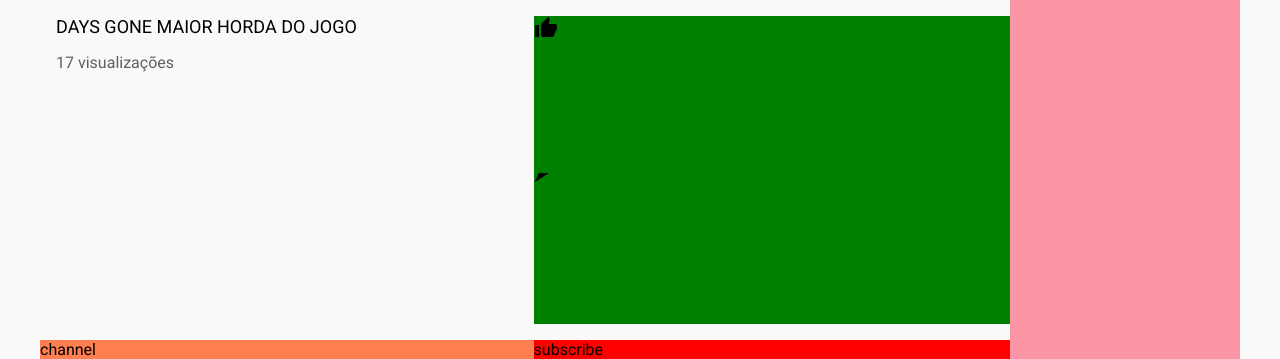
Repository: rafavirginio/clone-do-youtube
Page: index.html
An editor plug-in stored every save of this project. The page is shown before and after the next save, followed by the edit.
The browser window is 1280 px wide. The pictures show the part of the page from y = 629 to 1142 px (the page is 988 px tall before and 1142 px after).

Above is the page before, as saved 2020-10-04 22:21:48.

After the next save:
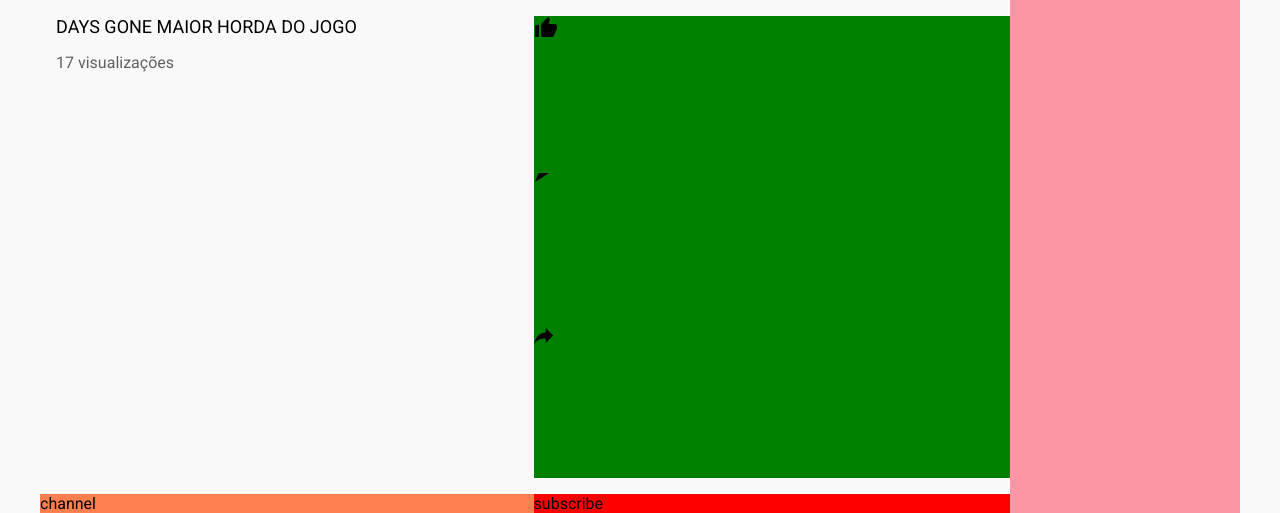
Saved 3 min 25 s later.
--- a/index.html
+++ b/index.html
@@ -52,6 +52,10 @@
                     91l.01.01L1 14c0 1.1.9 2 2 2h6.31l-.95 4.57-.03.32c0 .41.17.79.44 1.06L9.83 23l6.59-6.
                     59c.36-.36.58-.86.58-1.41V5c0-1.1-.9-2-2-2zm4 0v12h4V3h-4z"></path></g></svg>
             </div>
+            <div clas="action">
+                <svg><g><path d="M11.7333 8.26667V4L19.2 11.4667L11.7333 18.9333V14.56C6.4 14.56 2.66667 16.2667
+                     0 20C1.06667 14.6667 4.26667 9.33333 11.7333 8.26667Z"></path></g></svg>
+            </div>
         </section>
         <section class="channel">channel</section>
         <section class="subscribe">subscribe</section>
